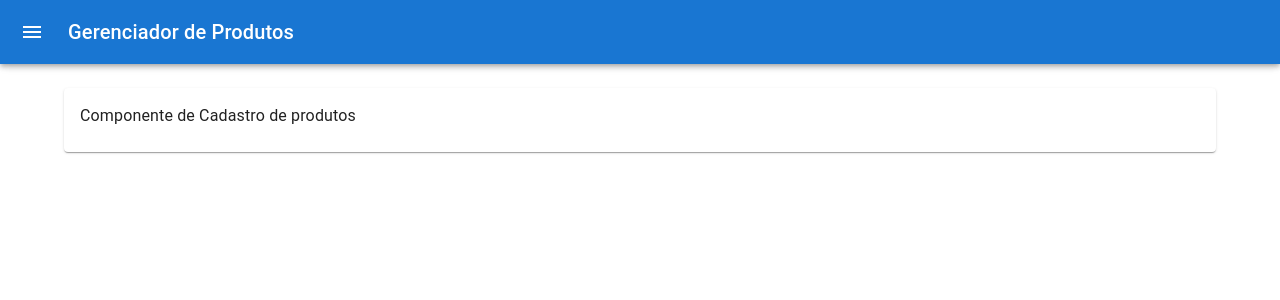
Repository: KennedyWanderson/crud-web
Page: /
The author's editor kept a copy of each file at every save. The page is drawn from the files as they stood at one save, then again after the next save.
The browser window is 1280 px wide. The pictures show the whole page.
The project was rebuilt for these pictures with package versions that can differ from the ones it lists, and the page was loaded fresh each time. Also part of the build but not shown: src/Components/ProductList.js, src/Components/CategoryRegister.js, src/Components/CategotyList.js.

Above is the page before, as saved 2023-11-15 15:57:08.

### src/App.js

import React, { useState } from 'react';
import Menu from "./Components/Menu";

function App() {




  return (
    <div>
      <Menu />
    </div>
  );
}

export default App;

### src/Components/Menu.js
import * as React from 'react';
import { styled, useTheme } from '@mui/material/styles';
import Box from '@mui/material/Box';
import Drawer from '@mui/material/Drawer';
import CssBaseline from '@mui/material/CssBaseline';
import MuiAppBar from '@mui/material/AppBar';
import Toolbar from '@mui/material/Toolbar';
import List from '@mui/material/List';
import Typography from '@mui/material/Typography';
import Divider from '@mui/material/Divider';
import IconButton from '@mui/material/IconButton';
import MenuIcon from '@mui/icons-material/Menu';
import ChevronLeftIcon from '@mui/icons-material/ChevronLeft';
import ChevronRightIcon from '@mui/icons-material/ChevronRight';
import ListItem from '@mui/material/ListItem';
import ListItemButton from '@mui/material/ListItemButton';
import ListItemIcon from '@mui/material/ListItemIcon';
import ListItemText from '@mui/material/ListItemText';
import InboxIcon from '@mui/icons-material/MoveToInbox';
// eslint-disable-next-line
import MailIcon from '@mui/icons-material/Mail';
import ProductRegister from "./ProductRegister"
import ProductList from "./ProductList"
import CategoryRegister from "./CategoryRegister"
import CategotyList from "./CategotyList"
import { Container } from "@mui/material";
import { useState } from 'react';


const drawerWidth = 240;

const Main = styled('main', { shouldForwardProp: (prop) => prop !== 'open' })(
    ({ theme, open }) => ({
        flexGrow: 1,
        padding: theme.spacing(3),
        transition: theme.transitions.create('margin', {
            easing: theme.transitions.easing.sharp,
            duration: theme.transitions.duration.leavingScreen,
        }),
        marginLeft: `-${drawerWidth}px`,
        ...(open && {
            transition: theme.transitions.create('margin', {
                easing: theme.transitions.easing.easeOut,
                duration: theme.transitions.duration.enteringScreen,
            }),
            marginLeft: 0,
        }),
    }),
);

const AppBar = styled(MuiAppBar, {
    shouldForwardProp: (prop) => prop !== 'open',
})(({ theme, open }) => ({
    transition: theme.transitions.create(['margin', 'width'], {
        easing: theme.transitions.easing.sharp,
        duration: theme.transitions.duration.leavingScreen,
    }),
    ...(open && {
        width: `calc(100% - ${drawerWidth}px)`,
        marginLeft: `${drawerWidth}px`,
        transition: theme.transitions.create(['margin', 'width'], {
            easing: theme.transitions.easing.easeOut,
            duration: theme.transitions.duration.enteringScreen,
        }),
    }),
}));

const DrawerHeader = styled('div')(({ theme }) => ({
    display: 'flex',
    alignItems: 'center',
    padding: theme.spacing(0, 1),
    // necessary for content to be below app bar
    ...theme.mixins.toolbar,
    justifyContent: 'flex-end',
}));

export default function Menu() {
    const theme = useTheme();
    const [open, setOpen] = React.useState(false);
    const [visible, setVisible] = useState(1)

    const handleDrawerOpen = () => {
        setOpen(true);
    };

    const handleDrawerClose = () => {
        setOpen(false);
    };

    function selectComponent() {
        if (visible === 1) {
            return <ProductRegister text={"Componente de Cadastro de produtos"} />
        } else if (visible === 2) {
            return <ProductList text={"Componente de listagem de produtos"} />
        } else if (visible === 3) {
            return <CategoryRegister text={"Componente de Cadastro de categoria"} />
        } else {
            return <CategotyList text={"Componente de listagem de categoria"} />
        }
    }

    return (
        <Box sx={{ display: 'flex' }}>
            <CssBaseline />
            <AppBar position="fixed" open={open}>
                <Toolbar>
                    <IconButton
                        color="inherit"
                        aria-label="open drawer"
                        onClick={handleDrawerOpen}
                        edge="start"
                        sx={{ mr: 2, ...(open && { display: 'none' }) }}
                    >
                        <MenuIcon />
                    </IconButton>
                    <Typography variant="h6" noWrap component="div">
                        Gerenciador de Produtos
                    </Typography>
                </Toolbar>
            </AppBar>
            <Drawer
                sx={{
                    width: drawerWidth,
                    flexShrink: 0,
                    '& .MuiDrawer-paper': {
                        width: drawerWidth,
                        boxSizing: 'border-box',
                    },
                }}
                variant="persistent"
                anchor="left"
                open={open}
            >
                <DrawerHeader>
                    <IconButton onClick={handleDrawerClose}>
                        {theme.direction === 'ltr' ? <ChevronLeftIcon /> : <ChevronRightIcon />}
                    </IconButton>
                </DrawerHeader>
                <Divider />
                <List>
                    <ListItem onClick={() => { setVisible(1) }} key={1} disablePadding>
                        <ListItemButton>
                            <ListItemIcon>
                                <InboxIcon />
                            </ListItemIcon>
                            <ListItemText primary={"Cadastro de Produtos"} />
                        </ListItemButton>
                    </ListItem>

                    <ListItem onClick={() => { setVisible(2) }} key={2} disablePadding>
                        <ListItemButton>
                            <ListItemIcon>
                                <InboxIcon />
                            </ListItemIcon>
                            <ListItemText primary={"Listagem de Produtos"} />
                        </ListItemButton>
                    </ListItem>

                    <ListItem onClick={() => { setVisible(3) }} key={3} disablePadding>
                        <ListItemButton>
                            <ListItemIcon>
                                <InboxIcon />
                            </ListItemIcon>
                            <ListItemText primary={"Cadastro de Categorias"} />
                        </ListItemButton>
                    </ListItem>

                    <ListItem onClick={() => { setVisible(4) }} key={4} disablePadding>
                        <ListItemButton>
                            <ListItemIcon>
                                <InboxIcon />
                            </ListItemIcon>
                            <ListItemText primary={"Listagem de Categorias"} />
                        </ListItemButton>
                    </ListItem>
                </List>
            </Drawer>
            <Main open={open}>
                <DrawerHeader />
                <Container>
                    {selectComponent()}
                </Container>
            </Main>
        </Box>
    );
}

### src/Components/ProductRegister.js
import { Card, CardContent } from "@mui/material";
import React from "react";

function ProductRegister(props){
    return (
        <Card>
            <CardContent>
                <div>{props.text}</div>
            </CardContent>

        </Card>
    )
}

export default ProductRegister

Loaded but not shown: public/index.html (common file); src/index.js (common file); src/reportWebVitals.js (common file)

After the next save:
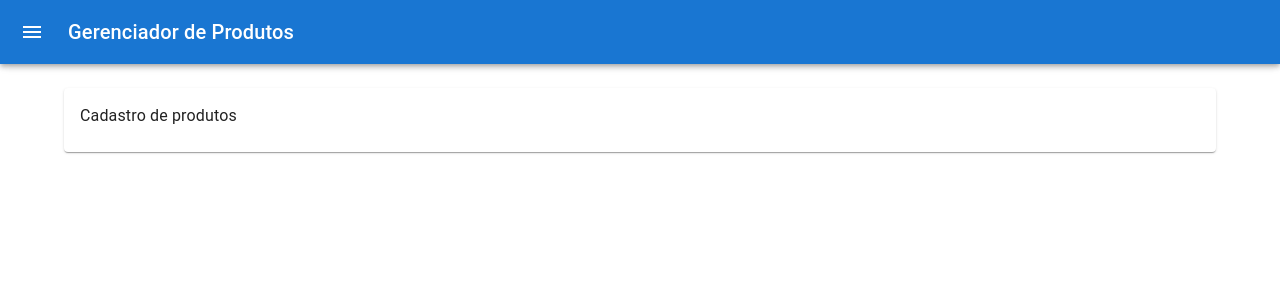
Saved 117 s later.
--- a/src/Components/Menu.js
+++ b/src/Components/Menu.js
@@ -89,7 +89,7 @@ export default function Menu() {
 
     function selectComponent() {
         if (visible === 1) {
-            return <ProductRegister text={"Componente de Cadastro de produtos"} />
+            return <ProductRegister text={"Cadastro de produtos"} />
         } else if (visible === 2) {
             return <ProductList text={"Componente de listagem de produtos"} />
         } else if (visible === 3) {
